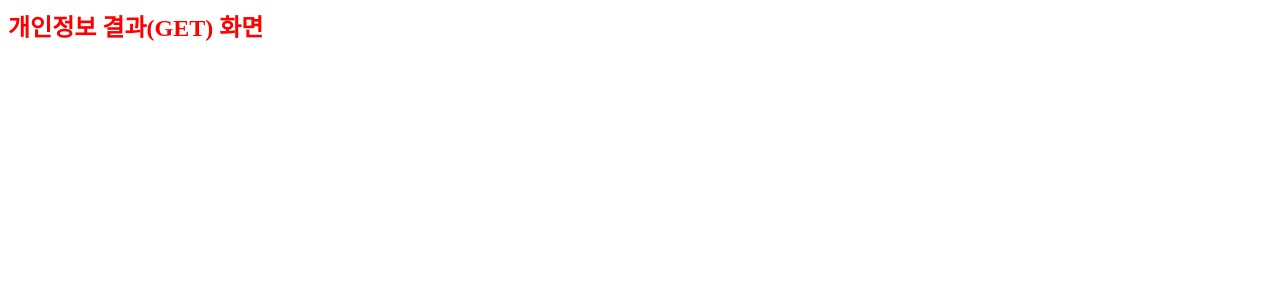
Repository: chuhj1226/servlet
Page: http://localhost/1_Servlet/test1
These files come from the project's save history. The page is drawn as it stood at one moment and after the next save; the edit follows.
The browser window is 1280 px wide. The pictures show the whole page.
The page is served by Tomcat 9. Other server files are loaded and not shown.

Above is the page before, as saved 2021-10-04 10:39:06.

### workspace/1_Servlet/src/com/kh/controller/TestServlet1.java
package com.kh.controller;

import java.io.IOException;
import java.io.PrintWriter;

import javax.servlet.ServletException;
import javax.servlet.annotation.WebServlet;
import javax.servlet.http.HttpServlet;
import javax.servlet.http.HttpServletRequest;
import javax.servlet.http.HttpServletResponse;

/**
 * Servlet implementation class TestServlet1
 */
@WebServlet("/test1")
public class TestServlet1 extends HttpServlet {
	private static final long serialVersionUID = 1L;

    /**
     * @see HttpServlet#HttpServlet()
     */
    public TestServlet1() {
        super();
        // TODO Auto-generated constructor stub
    }

	/**
	 * @see HttpServlet#doGet(HttpServletRequest request, HttpServletResponse response)
	 */
	protected void doGet(HttpServletRequest request, HttpServletResponse response) throws ServletException, IOException {

		// 첫 번째 파라미터인 HttpServletRequest request는 웹 브라우저에서 사용자가 요청한 내용을 받아주는 용도
		// 두 번째 파라미터인 HttpServletResponse response는 처리한 결과를 웹 브라우저에서 사용자에게 보여주기 위한 용도(응답)

		// 1. 사용자가 요청에 담아 보낸 값 추출
		// request.getParameter("name속성값") => 해당 value값 리턴 (무조건 String 타입)
		String name = request.getParameter("name");
		String gender = request.getParameter("gender");
		String age = request.getParameter("age");
		String city = request.getParameter("city");
		String height = request.getParameter("height");

		// 체크박스 등 동일 name 속성에 여러개의 value가 넘어오는 경우
		// name 값을 기준으로 String 배열로 추출
		// request.getParameterValues("name속성값") => 해당 values 리턴(String 배열 타입)
		String[] foodArr = request.getParameterValues("food");

		// 사용자 요청 값 추출 결과 확인
		System.out.println("name : "+name);
		System.out.println("gender : "+gender);
		System.out.println("age : "+age);
		System.out.println("city : "+city);
		System.out.println("height : "+height);

		// 체크 박스 미체크시 foodArr 배열은 null (NullPointerException 방지를 위해 조건문)
		if(foodArr != null) {
			for(int i = 0 ; i < foodArr.length; i++) {
				System.out.println("foodArr["+i+"] : "+foodArr[i]);
			}
		}


		// 2. Service - Dao - DB로 비즈니스 로직 수행 (현재 프로젝트에서는 생략)

		// 3. 요청과 관련된 비즈니스 로직이 다 처리되면 응답 화면 처리

		// 응답 화면에 대한 설정
		// => 응답 화면 문서 형태는 HTML이며 문자 셋은 UTF-8임을 설정함
		response.setContentType("text/html; charset=UTF-8");

		// 사용자에게 응답 화면을 출력하기 위한 스트림(클라이언트와의 연결 된 길) 생성
		// Response 객체의 문자 기반 출력 스트림
		PrintWriter out = response.getWriter();

		// java 코드를 통해 응답할 화면을 작성
		out.println("<html>");
		out.println("<head>");
		out.println("<title>개인정보 출력화면</title>");
		out.println("<style>");
		out.println("h2{color:red};");
		out.println("span.name{color:orange; font-weight:bold;}");
		out.println("span.gender{color:yellow; font-weight:bold;}");
		out.println("span.age{color:green; font-weight:bold;}");
		out.println("span.city{color:blue; font-weight:bold;}");
		out.println("span.height{color:navy; font-weight:bold;}");
		out.println("span.food{color:purple; font-weight:bold;}");
		out.println("</style>");
		out.println("</head>");
		out.println("<body>");
		out.println("<h2>개인정보 결과(GET) 화면</h2>");

		out.println("</html>");


	}

	/**
	 * @see HttpServlet#doPost(HttpServletRequest request, HttpServletResponse response)
	 */
	protected void doPost(HttpServletRequest request, HttpServletResponse response) throws ServletException, IOException {
		// TODO Auto-generated method stub
		doGet(request, response);
	}

}

After the next save:
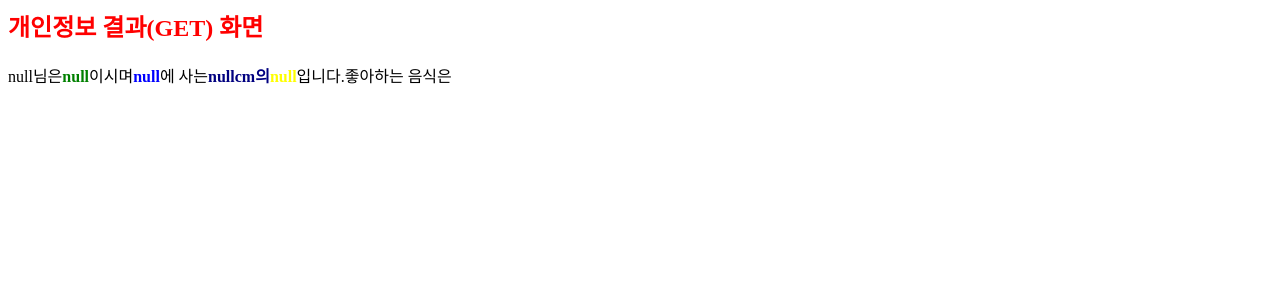
Saved 3 min 41 s later.
--- a/workspace/1_Servlet/src/com/kh/controller/TestServlet1.java
+++ b/workspace/1_Servlet/src/com/kh/controller/TestServlet1.java
@@ -88,7 +88,12 @@ public class TestServlet1 extends HttpServlet {
 		out.println("</head>");
 		out.println("<body>");
 		out.println("<h2>개인정보 결과(GET) 화면</h2>");
-
+		out.printf("<span class='name'>%s</span>님은", name);
+		out.printf("<span class='age'>%s</span>이시며", age);
+		out.printf("<span class='city'>%s</span>에 사는", city);
+		out.printf("<span class='height'>%scm의</span>", height);
+		out.printf("<span class='gender'>%s</span>입니다.", gender);
+		out.print("좋아하는 음식은<span class='food'>");
 		out.println("</html>");
 
 
